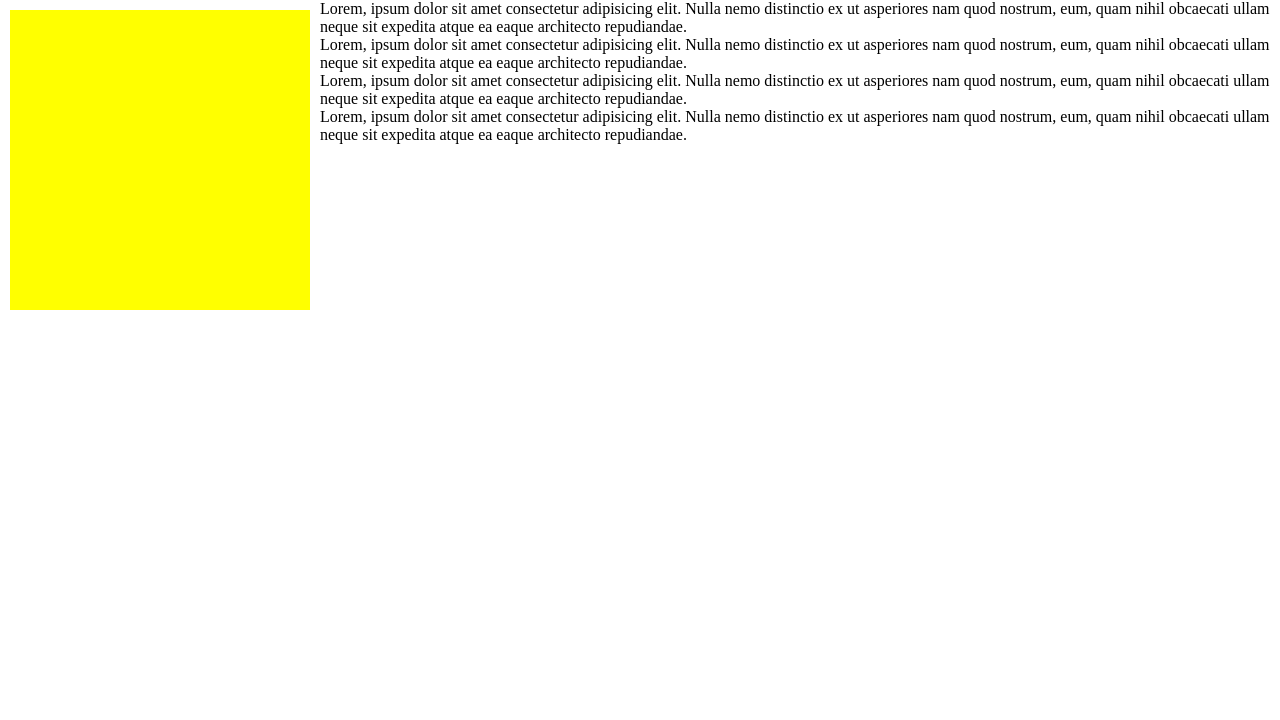
Repository: danilodscosta/CursoHTML
Page: aula1/aulascss.html
An editor plug-in stored every save of this project. The page is shown before and after the next save, followed by the edit.
The browser window is 1280 px wide. The pictures show the whole page.

Above is the page before, as saved 2024-01-11 15:49:16.

### aula1/aulascss.html
<!DOCTYPE html>
<html lang="pt-BR">

<head>
    <meta charset="utf-8">
    <meta name="viewport" content="width=device-width, inital-scale=1.0">
    <title>Aulas CSS</title>
    <link rel="stylesheet" href="assets/css/aulasstyle.css">
</head>



<body>
    <div class="pai">
        <div class="filha1"></div>
        <div class="filha2"></div>
    </div>
    <p>Lorem, ipsum dolor sit amet consectetur adipisicing elit. Nulla nemo distinctio ex ut asperiores nam quod nostrum, eum, quam nihil obcaecati ullam neque sit expedita atque ea eaque architecto repudiandae.</p>
    <p>Lorem, ipsum dolor sit amet consectetur adipisicing elit. Nulla nemo distinctio ex ut asperiores nam quod nostrum, eum, quam nihil obcaecati ullam neque sit expedita atque ea eaque architecto repudiandae.</p>
    <p>Lorem, ipsum dolor sit amet consectetur adipisicing elit. Nulla nemo distinctio ex ut asperiores nam quod nostrum, eum, quam nihil obcaecati ullam neque sit expedita atque ea eaque architecto repudiandae.</p>
    <p>Lorem, ipsum dolor sit amet consectetur adipisicing elit. Nulla nemo distinctio ex ut asperiores nam quod nostrum, eum, quam nihil obcaecati ullam neque sit expedita atque ea eaque architecto repudiandae.</p>
</body>
</html>

### aula1/assets/css/aulasstyle.css
/*
ID Classes, atributos e pseudo-classes  Elementos e pseudo-elementos
*/

* {
    margin: 0;
}

.pai {}

.filha1, .filha2 {
    width: 300px;
    height: 300px;
    background: rgba(255, 0, 0, 1);
    margin: 10px;
    position: static;
}

.filha1 {
    position: absolute;
    width: auto;
    height: auto;
    top: 0;
    right: 0;
    left: 0;
    bottom: ;
}

.filha2 {
    background-color: yellow;
    float: left;
}

After the next save:
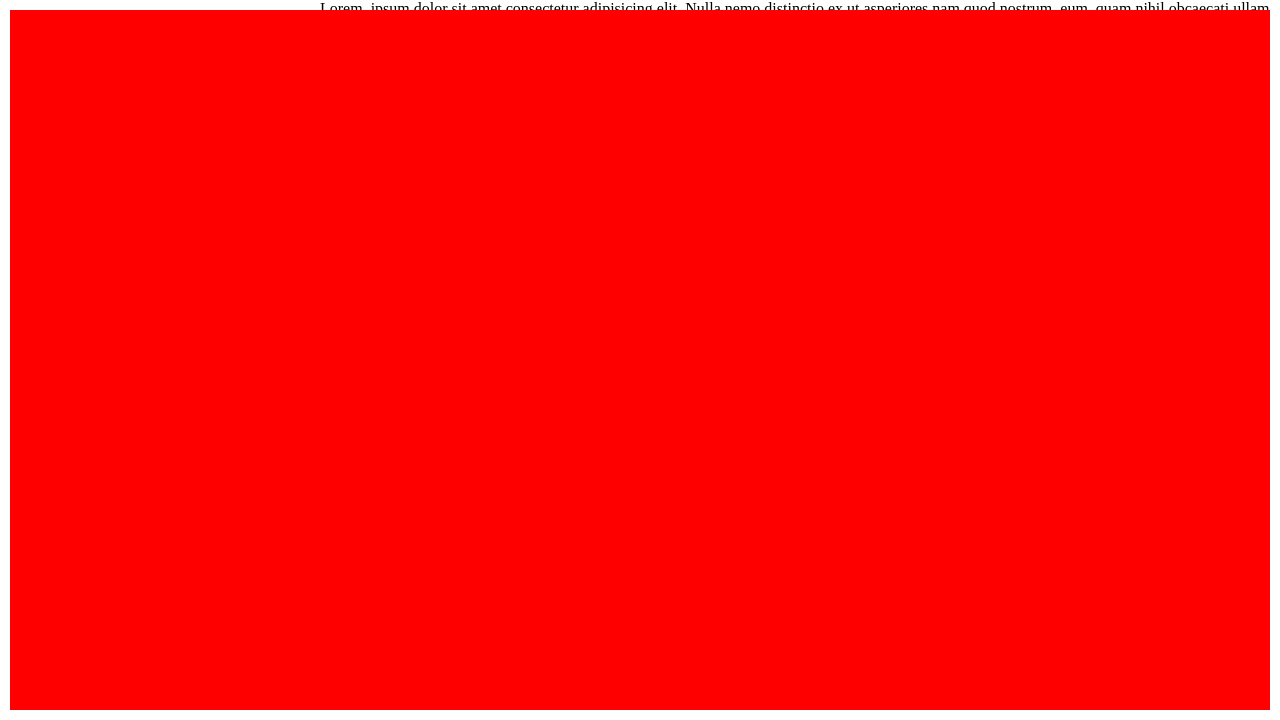
Saved 5 s later.
--- a/aula1/assets/css/aulasstyle.css
+++ b/aula1/assets/css/aulasstyle.css
@@ -23,7 +23,7 @@ ID Classes, atributos e pseudo-classes  Elementos e pseudo-elementos
     top: 0;
     right: 0;
     left: 0;
-    bottom: ;
+    bottom: 0;
 }
 
 .filha2 {
